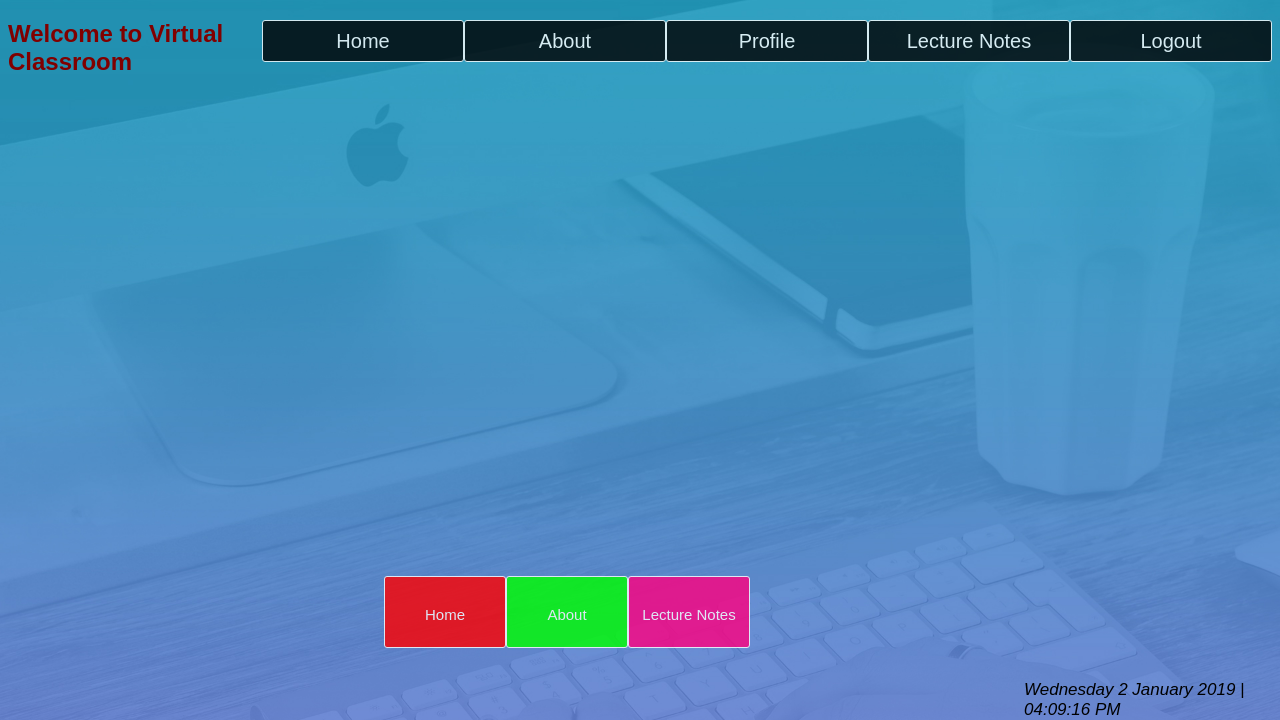
Repository: Rajendra1998/Virtual_classroom_mvc_project
Page: http://localhost/Virtual_classroom/Student_logged1.jsp
The author's editor kept a copy of each file at every save. The page is drawn from the files as they stood at one save, then again after the next save.
The browser window is 1280 px wide. The pictures show the whole page.
The page is served by Tomcat 9. Other server files are loaded and not shown.

Above is the page before, as saved 2019-01-04 20:41:49.

### Virtual_classroom/WebContent/Student_logged1.jsp
<%@ page language="java" contentType="text/html; charset=ISO-8859-1"
    pageEncoding="ISO-8859-1"
    import="model.Student"%>
<!DOCTYPE html PUBLIC "-//W3C//DTD HTML 4.01 Transitional//EN" "http://www.w3.org/TR/html4/loose.dtd">
<html>
<head>
<meta http-equiv="Content-Type" content="text/html; charset=ISO-8859-1">
<title> STUDENT | HOME </title>
	<style type="text/css" rel="stylesheet">
	body{
		background-image:url(1.jpg);
		background-repeat:no-repeat;
	 	font-family:sans-serif;
		background-size:cover;
	}
	#MyClockDisplay{
		font-color:red;
		font-style:oblique;
		font-size:17px;
		position:absolute;
		top:94.5%;
		left:80%;
	}
	h2{
		color:#800000;
	}
	.menu nav{
		position:relative;
		float:right;
	}
	.menu nav ul{
		margin: 0px;
		padding: 0px;
		list-style: none;
	}
	.menu nav ul li {
		float:left;
		width: 200px;
		height: 40px;
		background-color: black;
		border:1px  solid white;
		opacity: .8;
		line-height: 40px;
		text-align: center;
		font-size: 20px;
		position:relative;
		border-radius:3px;
	}
	.menu nav ul li a {
		text-decoration: none;
		color:white;
		display:block;
	}
	.menu nav ul li a:hover {
		background-color: green;
		border-radius: 3px;
	}
	.menu nav ul ul  {
		position:absolute;
		display: none;
	}
	.menu nav ul li:hover > ul {
		display: block;

	}
	.menu nav ul ul ul{
		margin-left: 200px;
		top:0px;
	}
	.menu1 nav{
		position:absolute;
		top:80%;
		left:30%;

	}
	.menu1 nav ul{
		margin: 0px;
		padding: 0px;
		list-style: none;
	}
	.menu1 nav ul li {
		float:left;
		width: 120px;
		height: 70px;
		border:1px  solid white;
		opacity: .8;
		line-height: 15px;
		text-align: center;
		font-size: 15px;
		position:relative;
		border-radius:3px;

	}
	.menu1 nav ul li.home{
		background-color: red;
	}
	.menu1 nav ul li.about{
		background-color: #00ff00;
	}
	.menu1 nav ul li.notes{
		background-color:#ff0080;
	}
	.menu1 nav ul li a {
		text-decoration: none;
		color:white;
		display:block;
	}

	</style>
</head>
<body>
<div id="MyClockDisplay"></div>
	<script type="text/javascript">
		function showTime()
		{
			//Date
			var mydate=new Date();
			var year=mydate.getYear(); //get the year.
				if(year <1000)
					{
						year+=1900;
					}
			var day=mydate.getDay(); //get the day.
			var month=mydate.getMonth(); //get the month.
			var daym=mydate.getDate(); //day of the month.
			var dayarray= new Array("Sunday","Monday","Tuesday","Wednesday","Thursday","Friday","Saturday");
			var montharray=new Array("January","February","March","April","May","June","July","August","September","October","November","December");

			//Time
			var date = new Date();
			var h= date.getHours(); //0-23
			var m= date.getMinutes(); //0-59
			var s=date.getSeconds(); //0-59
			var session="AM";
			if(h==0){
				h=12;
			}
			if(h>12){
				h=h-12;
				session="PM";
			}
			h=(h<10) ? "0"+ h : h;
			m=(m<10) ? "0"+ m : m;
			s=(s<10) ? "0"+ s : s;

			var date1="" +dayarray[day]+ " " +daym+ " " +montharray[month]+ " " +year+   "  |  "   +h + ":" + m + ":" + s + " " + session;

			document.getElementById("MyClockDisplay").innerText = date1;
			document.getElementById("MyClockDisplay").textContent = date1;

			setTimeout(showTime,1000);
		}
		showTime();

	</script>
	<div class="menu">

	<nav>
	<ul>
		<li><a href="Student_logged.jsp">Home</a></li>
		<li><a href="#">About</a></li>
		<li><a>Profile</a>
			<ul>
				<li><a href="stud_pro">View Profile</a></li>
			</ul>
		</li>
		<li><a href="stud_view_fac">Lecture Notes</a></li>
		<li><a href="LogoutServlet">Logout</a></li>
	</ul>
	</nav>
	</div>
	<%Student currentUser=(Student)session.getAttribute("currentSessionUser");%>
	<h2>Welcome to Virtual Classroom</h2>
	<br>

	<div class="menu1">
		<nav>
			<ul>
				<li class="home"><a href="Student_logged.jsp"><br><i class="fa fa-home" aria-hidden="true"></i><br>Home</a></li>
				<li class="about"><a href="#"><br><i class="fa fa-envelope-open-o" aria-hidden="true"></i></i><br>About</a></li>
				<li class="notes"><a href="stud_view_fac"><br><i class="fa fa-book" aria-hidden="true"></i><br>Lecture Notes</a></li>
			</ul>
		</nav>
	</div>

</body>
</html>

After the next save:
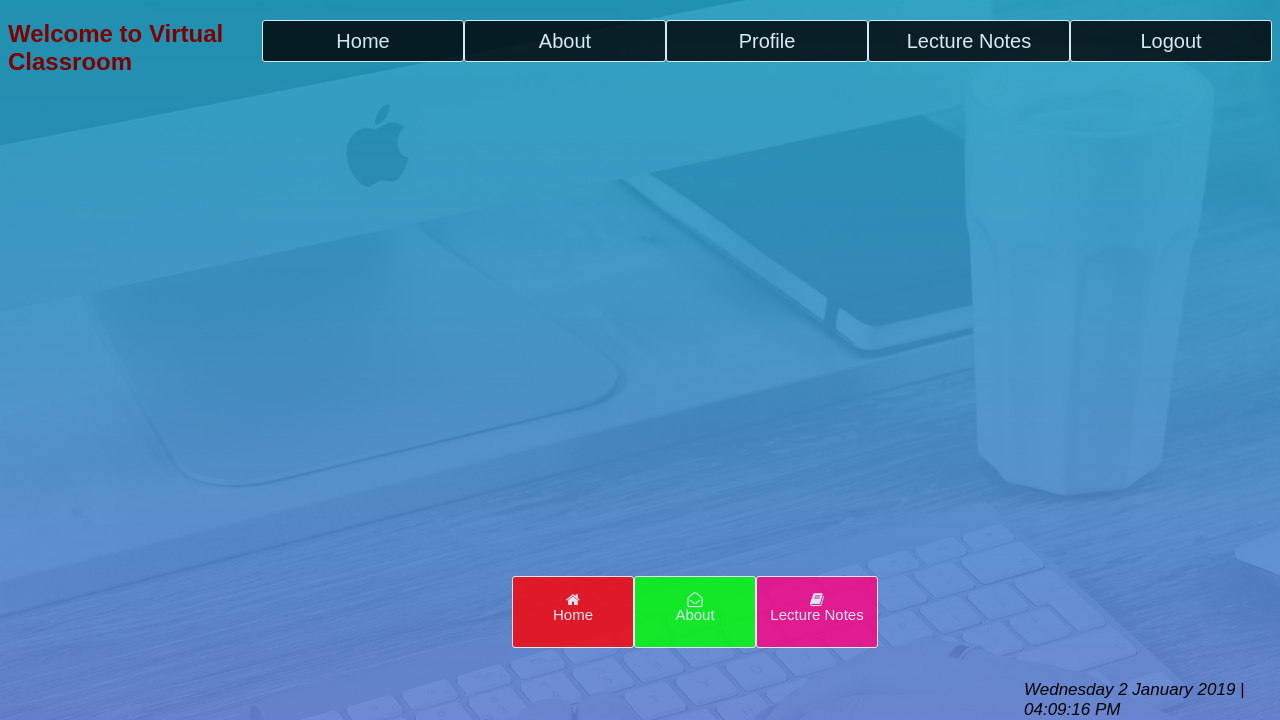
Saved 2 min 46 s later.
--- a/Virtual_classroom/WebContent/Student_logged1.jsp
+++ b/Virtual_classroom/WebContent/Student_logged1.jsp
@@ -6,6 +6,7 @@
 <head>
 <meta http-equiv="Content-Type" content="text/html; charset=ISO-8859-1">
 <title> STUDENT | HOME </title>
+<link rel="stylesheet" href="https://maxcdn.bootstrapcdn.com/font-awesome/4.7.0/css/font-awesome.min.css">
 	<style type="text/css" rel="stylesheet">
 	body{
 		background-image:url(1.jpg);
@@ -70,7 +71,7 @@
 	.menu1 nav{
 		position:absolute;
 		top:80%;
-		left:30%;
+		left:40%;
 
 	}
 	.menu1 nav ul{
